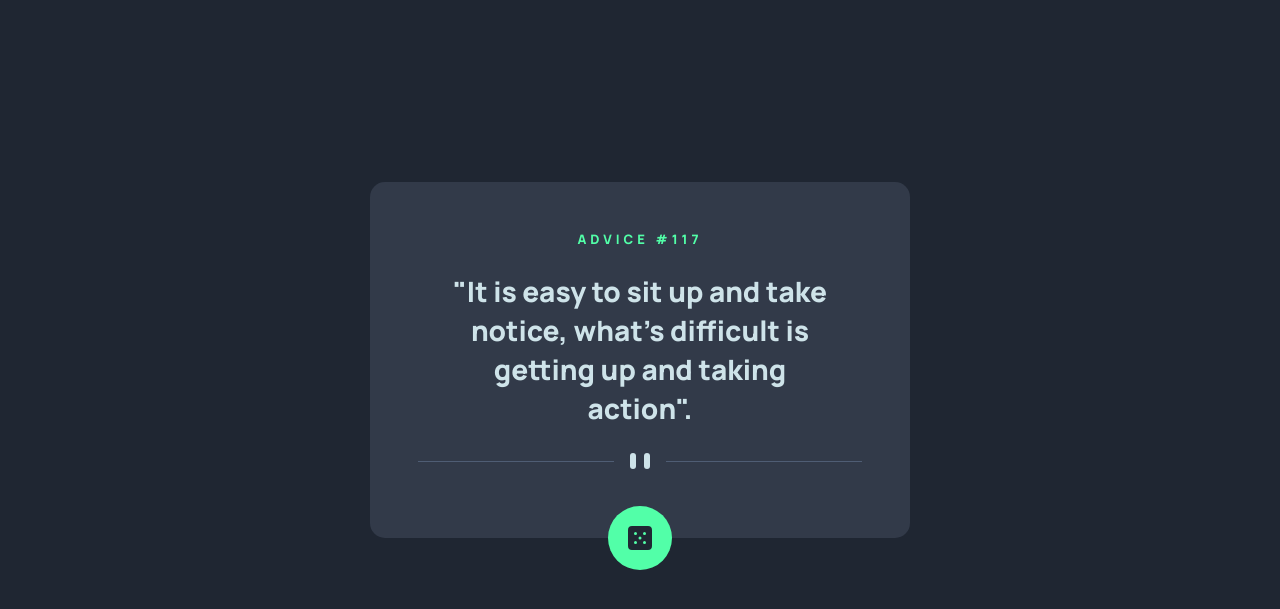
Repository: Daki-builds/advice-generator-app
Page: index.html
These files come from the project's save history. The page is drawn as it stood at one moment and after the next save; the edit follows.
The browser window is 1280 px wide. The pictures show the whole page.

Above is the page before, as saved 2026-10-08 20:05:27.

### index.html
<!DOCTYPE html>
<html lang="en">

<head>
  <meta charset="UTF-8">
  <meta name="viewport" content="width=device-width, initial-scale=1.0">
  <link rel="icon" type="image/png" sizes="32x32" href="./images/favicon-32x32.png">
  <link rel="preconnect" href="https://fonts.googleapis.com">
  <link rel="preconnect" href="https://fonts.gstatic.com" crossorigin>
  <link href="https://fonts.googleapis.com/css2?family=Manrope:wght@800&display=swap" rel="stylesheet">
  <link rel="stylesheet" href="style.css">
  <title>Frontend Mentor | Advice generator app</title>

</head>

<body>
  <main class="container">
    <h1>Advice #<span id="advice-id">117</span></h1>
    <p id="adviceText">"It is easy to sit up and take notice, what's difficult is getting up and taking action".</p>
    <div class="img-divider">
      <img src="./images/pattern-divider-desktop.svg" alt="divider">
    </div>
    <button id="adviceBtn"><img src="./images/icon-dice.svg" alt="dice">
    </button>
  </main>
</body>

</html>

### style.css
* {
  margin: 0;
  padding: 0;
  box-sizing: border-box;
}

:root {
  --blue-200: hsl(193, 38%, 86%);
  --green-300: hsl(150, 100%, 66%);
  --blue-600: hsl(217, 19%, 38%);
  --blue-900: hsl(217, 19%, 24%);
  --blue-950: hsl(218, 23%, 16%);
  --green-300-hover: hsl(150, 100%, 80%);

  --font-family: "Manrope", sans-serif;
  --font-weight: 800;
  --font-size: 28px;
}

body {
  font-family: var(--font-family);
  font-weight: var(--font-weight);
  background-color: var(--blue-950);
  color: var(--blue-200);
  display: flex;
  justify-content: center;
  padding: 24px;
  align-items: center;
  min-height: 100vh;
}

.container {
  position: relative;
  background-color: var(--blue-900);
  display: flex;
  flex-direction: column;
  align-items: center;
  gap: 24px;
  padding: 40px 24px 56px;
  width: 100%;
  max-width: 540px;
  border-radius: 15px;
  text-align: center;
}

h1 {
  font-size: 13px;
  letter-spacing: 4px;
  text-transform: uppercase;
  color: var(--green-300);
}

p {
  font-size: var(--font-size);
  line-height: 1.4;
  width: 90%;
  color: var(--blue-200);
}

.img-divider img {
  width: 100%;
}

button {
  position: absolute;
  bottom: -32px;
  left: 50%;
  transform: translateX(-50%);
  display: flex;
  justify-content: center;
  align-items: center;
  width: 64px;
  height: 64px;
  border: none;
  border-radius: 50%;
  background-color: var(--green-300);
  cursor: pointer;
  transition: background-color 0.2s;
}

button:hover {
  background-color: var(--green-300-hover);
}

@media (min-width: 768px) {
  .container {
    padding: 48px 48px 64px;
  }
}

After the next save:
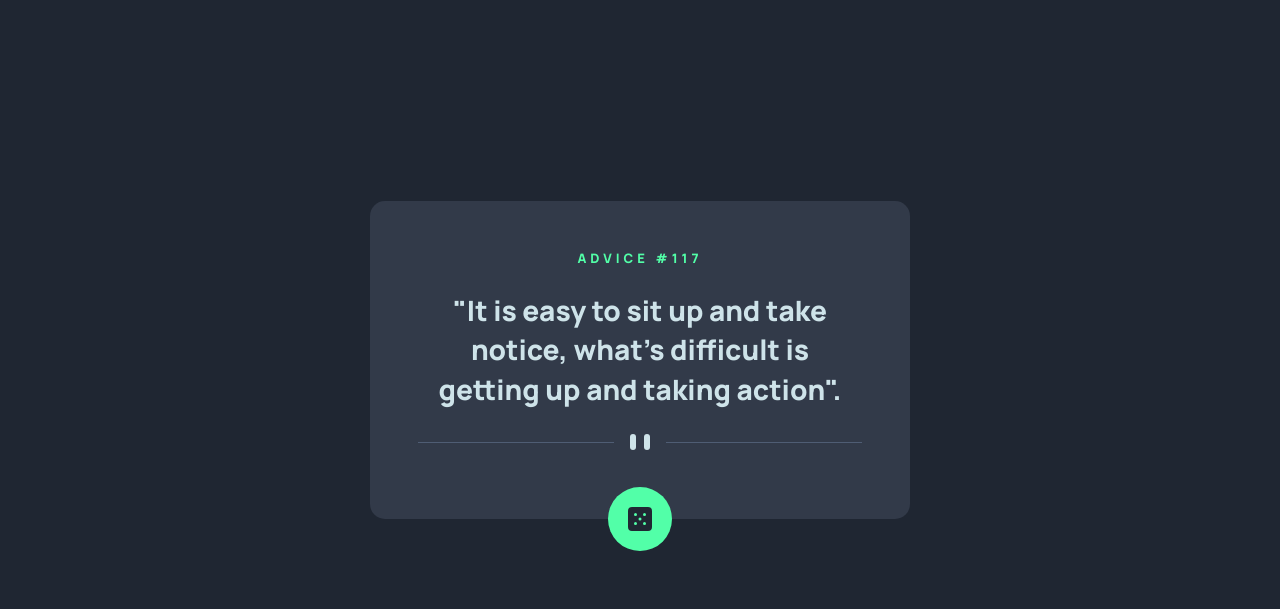
Saved 7 s later.
--- a/style.css
+++ b/style.css
@@ -53,7 +53,7 @@ h1 {
 p {
   font-size: var(--font-size);
   line-height: 1.4;
-  width: 90%;
+  width: 92%;
   color: var(--blue-200);
 }
 
